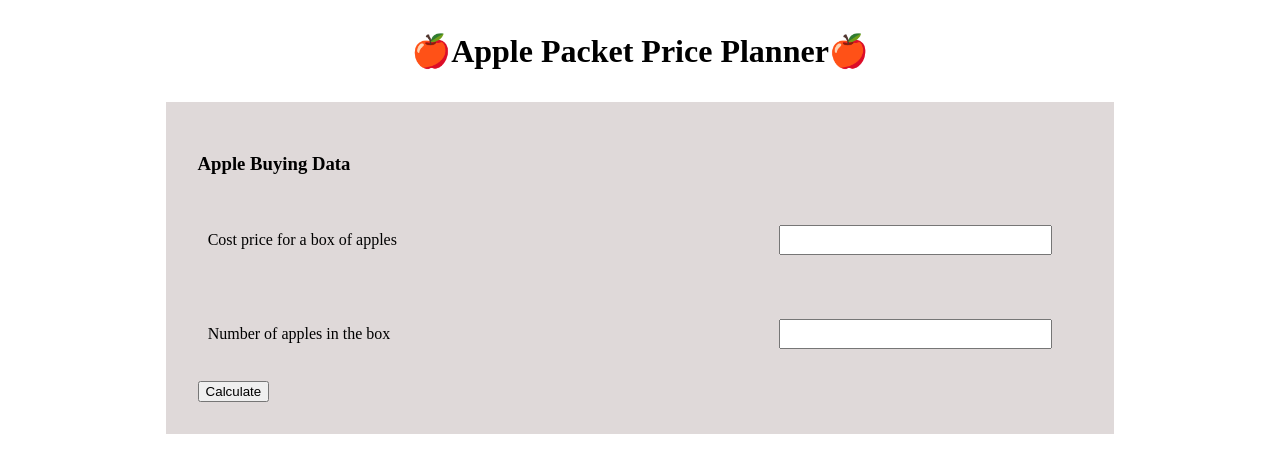
Repository: lasity34/apple-packet-price-planner
Page: index.html
An editor plug-in stored every save of this project. The page is shown before and after the next save, followed by the edit.
The browser window is 1280 px wide. The pictures show the whole page.

Above is the page before, as saved 2023-05-29 10:12:58.

### index.html
<!DOCTYPE html>
<html lang="en">
  <head>
    <meta charset="UTF-8" />
    <meta http-equiv="X-UA-Compatible" content="IE=edge" />
    <meta name="viewport" content="width=device-width, initial-scale=1.0" />
    <title>Apple Packet Price Planner</title>
    <link href="./style.css" rel="stylesheet" />
  </head>
  <body>
    <h1>🍎Apple Packet Price Planner🍎</h1>
    <main>
      <h3>Apple Buying Data</h3>
      <section class="input_section">
        <div class="input_container">
          <label for="apple_price">Cost price for a box of apples</label><br />
          <input
            type="number"
            id="apple_price"
            name="apple_price"
            required
          /><br />
        </div>
      </section>
      <section class="input_section">
        <div class="input_container">
          <label for="apple_num">Number of apples in the box</label><br />
          <input type="number" id="apple_num" name="apple_num" required /><br />
        </div>
      </section>
      <div class="btn_container">
        <button class="calculate_btn">Calculate</button>
      </div>
    </main>
  </body>
  <script src="./apple-factory.js"></script>
  <script src="./apple-dom.js"></script>
</html>

### style.css

h1 {
    text-align: center;
    margin: 1em;
}

main {
    background-color: rgb(223, 217, 217);
    margin: 0 auto;
    padding: 2em;
    width: 70%;
}

.input_section {
    padding: 2em 0;
}

.input_container {
    display: flex;
    justify-content: space-around;
    height: 30px;
}

.input_container input {
    width: 30%;
}

.input_container label {
    width: 60%;
   align-self: center;
}

.calculate_btn {
 display: flex;
 justify-content: flex-end;
}

### apple-factory.js


function apple_factory(price, num) {

    let apple_cost_price = price || 0;
    let num_apples = num || 0;

    function apple_price(price) {
        apple_cost_price = price
    }

     function apple_count(num) {
        num_apples = num
     }

    function apples_price_length() {
        return apple_cost_price
    }

    function apple_count_length() {
        return num_apples
    }

    return {
        apple_price,
        apples_price_length,
        apple_count,
        apple_count_length

    }
}

### apple-dom.js



const apple_fact = apple_factory()


function apple_dom() {

}

After the next save:
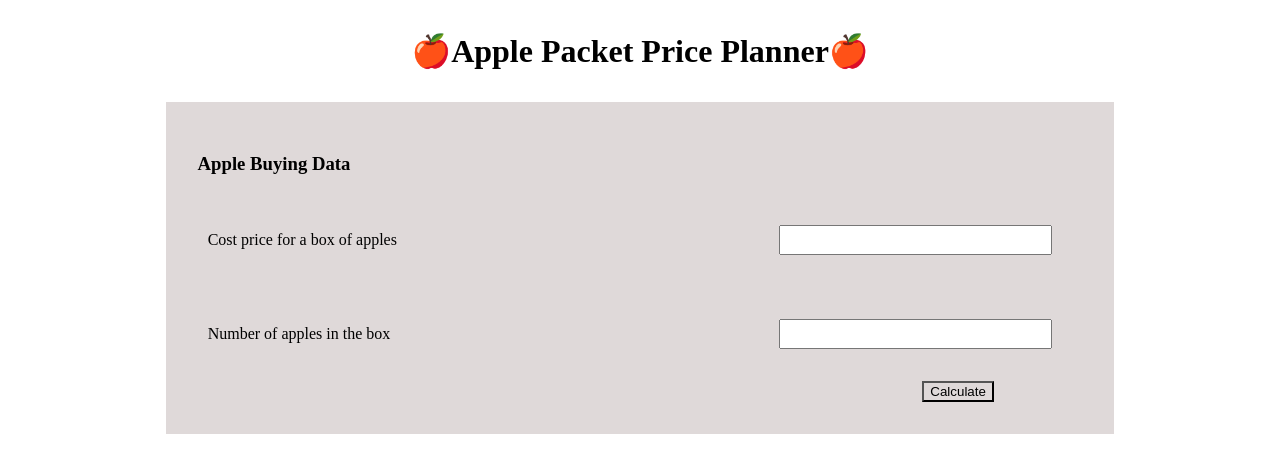
Saved 52 s later.
--- a/style.css
+++ b/style.css
@@ -30,7 +30,14 @@ main {
    align-self: center;
 }
 
+.btn_container {
+    display: flex;
+    justify-content: flex-end;
+    width: 90%;
+}
+
 .calculate_btn {
- display: flex;
- justify-content: flex-end;
+
+ background-color:  rgb(223, 217, 217);;
+
 }
